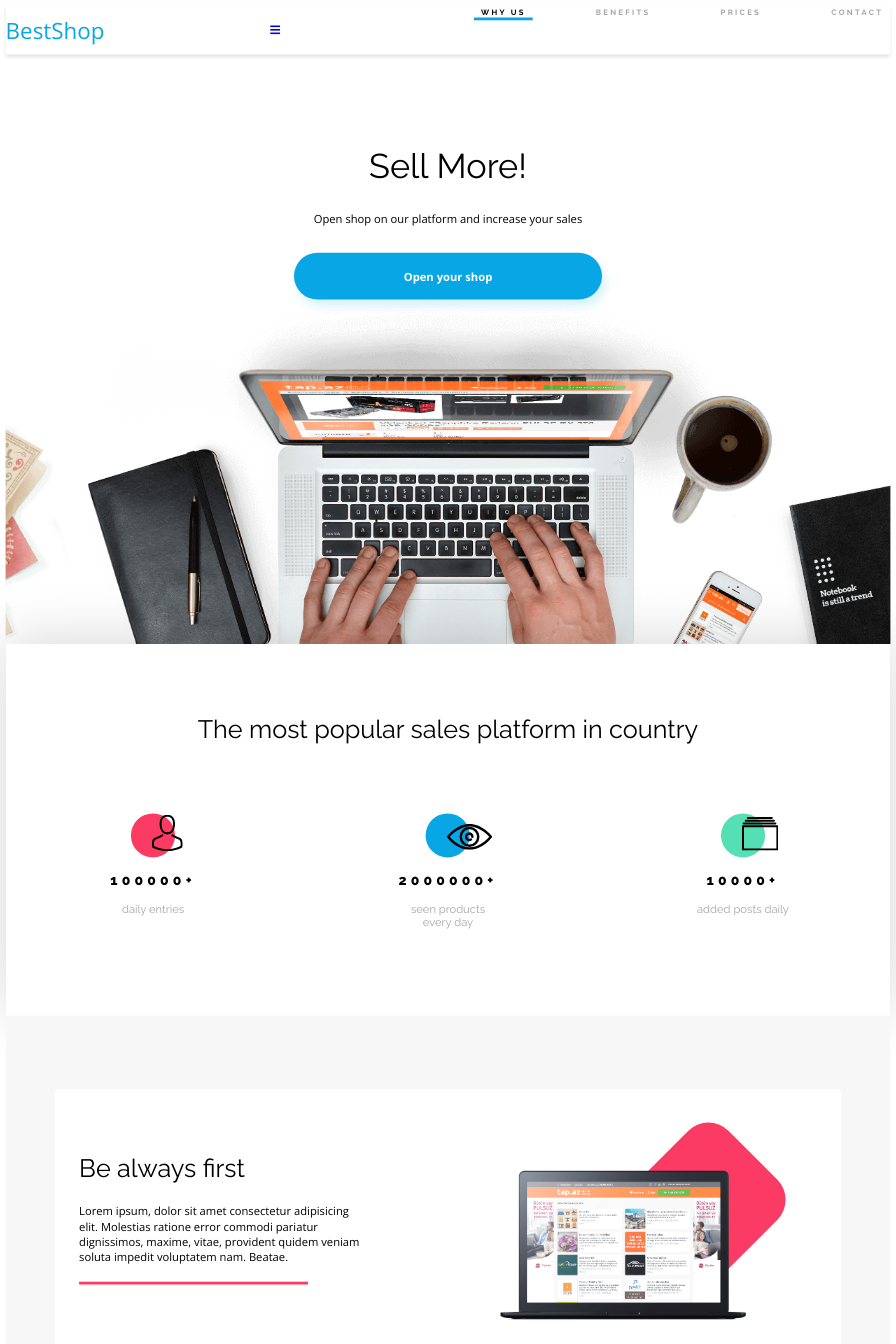
Repository: insolt/BestShop
Page: index.html
These files come from the project's save history. The page is drawn as it stood at one moment and after the next save; the edit follows.
The browser window is 1280 px wide. The pictures show the part of the page from y = 0 to 1920 px (the page is 4358 px tall), at 70% of full size.
The style sheet was rebuilt from its Sass, Less or Tailwind sources for each picture, by a compiler version that may differ from the author's.

Above is the page before, as saved 2020-09-16 13:57:25.

### index.html
<!DOCTYPE html>
<html lang="en">

<head>
    <meta charset="UTF-8">
    <meta name="viewport" content="width=device-width, initial-scale=1.0">
    <meta name="description" content="BestShop offers online shops managing services. Market leading company, the most experienced team in Europe, flexible customer approach. We change your ideas into profitable business">
    <meta name="keywords" content="BestShop, online shopping, shop, service, managing, customer">
    <meta name="author" content="Michal Bornikowski">
    <!--tags for IE-->
    <meta http-equiv="X=Ua-Compatible" content="IE=egde,chrome-1">
    <title>BestShop</title>
    <link href="https://fonts.googleapis.com/css2?family=Open+Sans:wght@300;400;700&family=Raleway:wght@300;400;700;800&display=swap" rel="stylesheet">
    <link rel="stylesheet" href="css/main.css">
    <link rel="stylesheet" href="https://use.fontawesome.com/releases/v5.7.2/css/all.css" integrity="sha384-fnmOCqbTlWIlj8LyTjo7mOUStjsKC4pOpQbqyi7RrhN7udi9RwhKkMHpvLbHG9Sr" crossorigin="anonymous">
    <link rel="icon" href="favicon.ico">
</head>

<body>

    <header class="page-header">

        <div class="container">

            <p class="page-header__logo">
                BestShop
            </p>
            <div class="page-header__mobile-menu--hamburger-icon">
                <a href="#open-menu" class="page-header__mobile-menu--hamburger-icon-link"><span  class="fas fa-bars"></span></a>
            </div>
            <nav class="page-header__nav">
                <div class="page-header__nav--flex">
                    <ul class="page-header__nav--list">
                        <li class="page-header__nav--el">
                            <a href="#" class="page-header__nav--link header__nav--active">Why us</a>
                        </li>
                        <li class="page-header__nav--el">
                            <a href="#benefits" class="page-header__nav--link">Benefits</a>
                        </li>
                        <li class="page-header__nav--el">
                            <a href="#prices" class="page-header__nav--link">Prices</a>
                        </li>
                        <li class="page-header__nav--el">
                            <a href="#contact" class="page-header__nav--link">Contact</a>
                        </li>
                    </ul>
                </div>
            </nav>

        </div>

    </header>

    <section class="section-opening">
        <div class="container">
            <h1 class="section-opening__title">
                Sell More!
            </h1>
            <p class="section-opening__text">
                Open shop on our platform and increase your sales
            </p>
            <a href="" class="section-opening__link">
                Open your shop
            </a>
        </div>
    </section>

    <section class="section-stats" id="benefits">
        <div class="container">
            <h2 class="section-stats__title">
                The most popular sales platform in country
            </h2>
            <div class="section-stats__selection">
                <div class="section-stats__box">
                    <div class="section-stats__box--icon stats__icon--person"></div>
                    <p class="section-stats__box--value">
                        100000+
                    </p>
                    <p class="section-stats__box--note">
                        daily entries
                    </p>
                </div>
                <div class="section-stats__box">
                    <div class="section-stats__box--icon stats__icon--eye"></div>
                    <p class="section-stats__box--value">
                        2000000+
                    </p>
                    <p class="section-stats__box--note">
                        seen products every day
                    </p>
                </div>
                <div class="section-stats__box ">
                    <div class="section-stats__box--icon stats__icon--catalog"></div>
                    <p class="section-stats__box--value ">
                        10000+
                    </p>
                    <p class="section-stats__box--note">
                        added posts daily
                    </p>
                </div>
            </div>
        </div>
    </section>

    <section class="articles">
        <div class="container">
            <article class="article-top">
                <div class="article-top__content">
                    <h2 class="article-top__title">
                        Be always first
                    </h2>
                    <p class="article-top__text">
                        Lorem ipsum, dolor sit amet consectetur adipisicing elit. Molestias ratione error commodi pariatur dignissimos, maxime, vitae, provident quidem veniam soluta impedit voluptatem nam. Beatae.
                    </p>
                </div>
                <div class="article-top__aside">
                    <div class="article-top__aside--bg">
                    </div>
                    <div class="article-top__aside--photo">
                    </div>
                </div>
            </article>
            <article class="article-medium">
                <div class="article-medium__aside">
                    <div class="article-medium__aside--bg">
                    </div>
                    <div class="article-medium__aside--photo">
                    </div>
                </div>
                <div class="article-medium__content">
                    <h2 class="article-medium__title">
                        Your shop is where you are!
                    </h2>
                    <p class="article-medium__text">
                        Lorem ipsum, dolor sit amet consectetur adipisicing elit. Molestias ratione error commodi pariatur dignissimos, maxime, vitae, provident quidem veniam soluta impedit voluptatem nam. Beatae.
                    </p>
                </div>
            </article>
            <artlicle class="article-bottom">
                <div class="article-bottom__galley">
                    <div class="article-bottom__galley--content">
                        <h2 class="article-bottom__galley--title">
                            Increase recognition your brand!
                        </h2>
                        <p class="article-bottom__galley--text">
                            Lorem ipsum, dolor sit amet consectetur adipisicing elit. Molestias ratione error commodi pariatur dignissimos, maxime, vitae, provident quidem veniam soluta impedit voluptatem nam. Beatae.
                        </p>
                    </div>
                </div>
                <div class="article-bottom__trumpet">
                    <div class="article-bottom__trumpet--bg">
                    </div>
                    <div class="article-bottom__trumpet--photo">
                    </div>
                </div>
            </artlicle>
        </div>
    </section>

    <section class="section-pricing" id="prices">
        <div class="container">
            <div class="section-pricing__offer">
                <h2 class="section-pricing__offer--title">
                    Pricing
                </h2>
                <div class="section-pricing__offer--content">
                    <div class="section-pricing__offer-basic">
                        <div class="section-pricing__offer-basic--top">
                            <h3 class="section-pricing__offer-basic--title">
                                Basic
                            </h3>
                            <p class="section-pricing__offer-basic--price">
                                $0
                            </p>
                        </div>
                        <ul class="section-pricing__offer-basic--list">
                            <li class="section-pricing__offer-basic--item">
                                100 MB HDD
                            </li>
                            <li class="section-pricing__offer-basic--item">
                                1 Subdomain
                            </li>
                            <li class="section-pricing__offer-basic--item">
                                2 E-mails
                            </li>
                            <li class="section-pricing__offer-basic--item">
                                Two years license
                            </li>
                            <li class="section-pricing__offer-basic--item">
                                Full support
                            </li>
                        </ul>
                        <a href="" class="section-pricing__offer-basic--confirm">Begin</a>
                    </div>
                    <div class="section-pricing__offer-professional">
                        <div class="section-pricing__offer-profesional--top">
                            <h3 class="section-pricing__offer-professional--title">
                                Professional
                            </h3>
                            <p class="section-pricing__offer-professional--price">
                                $25
                            </p>
                            <p class="section-pricing__offer-professional--note">
                                Limited offer
                            </p>
                        </div>
                        <ul class="section-pricing__offer-professional--list">
                            <li class="section-pricing__offer-professional--item">
                                500 MB HDD
                            </li>
                            <li class="section-pricing__offer-professional--item">
                                2 Subdomain
                            </li>
                            <li class="section-pricing__offer-professional--item">
                                5 E-mails
                            </li>
                            <li class="section-pricing__offer-professional--item">
                                One year license
                            </li>
                            <li class="section-pricing__offer-professional--item">
                                Full support
                            </li>
                        </ul>
                        <a href=" " class="section-pricing__offer-professional--confirm">Begin</a>
                    </div>
                    <div class="section-pricing__offer-premium">
                        <div class="section-pricing__offer-premium--top">
                            <h3 class="section-pricing__offer-premium--title">
                                Premium
                            </h3>
                            <p class="section-pricing__offer-premium--price">
                                $60
                            </p>
                            <p class="section-pricing__offer-premium--note">
                                Limited offer
                            </p>
                        </div>
                        <ul class="section-pricing__offer-premium--list">
                            <li class="section-pricing__offer-premium--item">
                                2 GB HDD
                            </li>
                            <li class="section-pricing__offer-premium--item">
                                5 Subdomain
                            </li>
                            <li class="section-pricing__offer-premium--item">
                                20 E-mails
                            </li>
                            <li class="section-pricing__offer-premium--item">
                                Two years license
                            </li>
                            <li class="section-pricing__offer-premium--item">
                                Full support
                            </li>
                        </ul>
                        <a href=" " class="section-pricing__offer-premium--confirm">Begin</a>
                    </div>
                </div>
            </div>
        </div>
    </section>

    <section class="form" id="contact">
        <div class="container">
            <div class="form__contact-details">
                <h2 class="form__contact-detail--title">
                    Any questions?
                </h2>
                <p class="form__contact-detail--text">
                    Leave your email address or call us!
                </p>
                <ul class="form__contact-detail--list">
                    <li class="form__contact-detail--item">
                        info@bestshop.xyz
                    </li>
                    <li class="form__contact-detail--item">
                        123 456 789
                    </li>
                </ul>
            </div>
            <div class="form__user-details">
                <form action="" class="form__user-details--form">
                    <div class="form__user-details--form-inputs">
                        <div class="form__user-details--name">
                            <label for="name" class="form__user-details--name-label">Name</label>
                            <input class="form__user-details--name-input" type="text" id="name" name="name" placeholder="">
                        </div>
                        <div class="form__user-details--email">
                            <label for="email" class="form__user-details--email-label">Email</label>
                            <input class="form__user-details--email-input" type="text" id="emaile" name="email" placeholder="">
                        </div>
                    </div>
                    <div class="form__user-details--checkbox">
                        <input type="checkbox" class="form__user-details--checkbox-input" name="regulation" id="regulation">
                        <label for="regulation" class="form__user-details--checkbox-label">I hereby give consent for my personal data included in my application to be processed for the purposes of the recruitment process under the European Parliament's and Council of the European Union Regulation on the Protection of Natural Persons as of 27 April 2016, with regard to the processing of personal data and of the free movement of such data, and repealing Directive 95/46/EC (Data Protection Directive)</label>
                    </div>
                    <div class="form__user-details--btn">
                        <button type="submit" class="form__user-details--btn-submit">Send</button>
                    </div>
                </form>
            </div>
        </div>
    </section>

    <footer class="page-footer">
        <div class="container">
            <div class="page-footer__despcription">
                <p class="page-footer__logo">
                    BestShop
                </p>
                <p class="page-footer__copyrights">
                    &copy; 2019 BestShop LTD, All Rights Reserved
                </p>
            </div>
            <div class="page-footer__links">
                <a href="https://www.twitter.com" class="page-footer__twitter">
                    <img src="assets/twitter.svg" class="page-footer__twitter-icon">
                </a>
                <a href="https://www.facebook.com" class="page-footer__facebook">
                    <img src="assets/facebook.svg" class="page-footer__facebook-icon">
                </a>
            </div>
        </div>
    </footer>
</body>

</html>

Loaded but not shown: scss/main.scss (964 lines, source omitted)

After the next save:
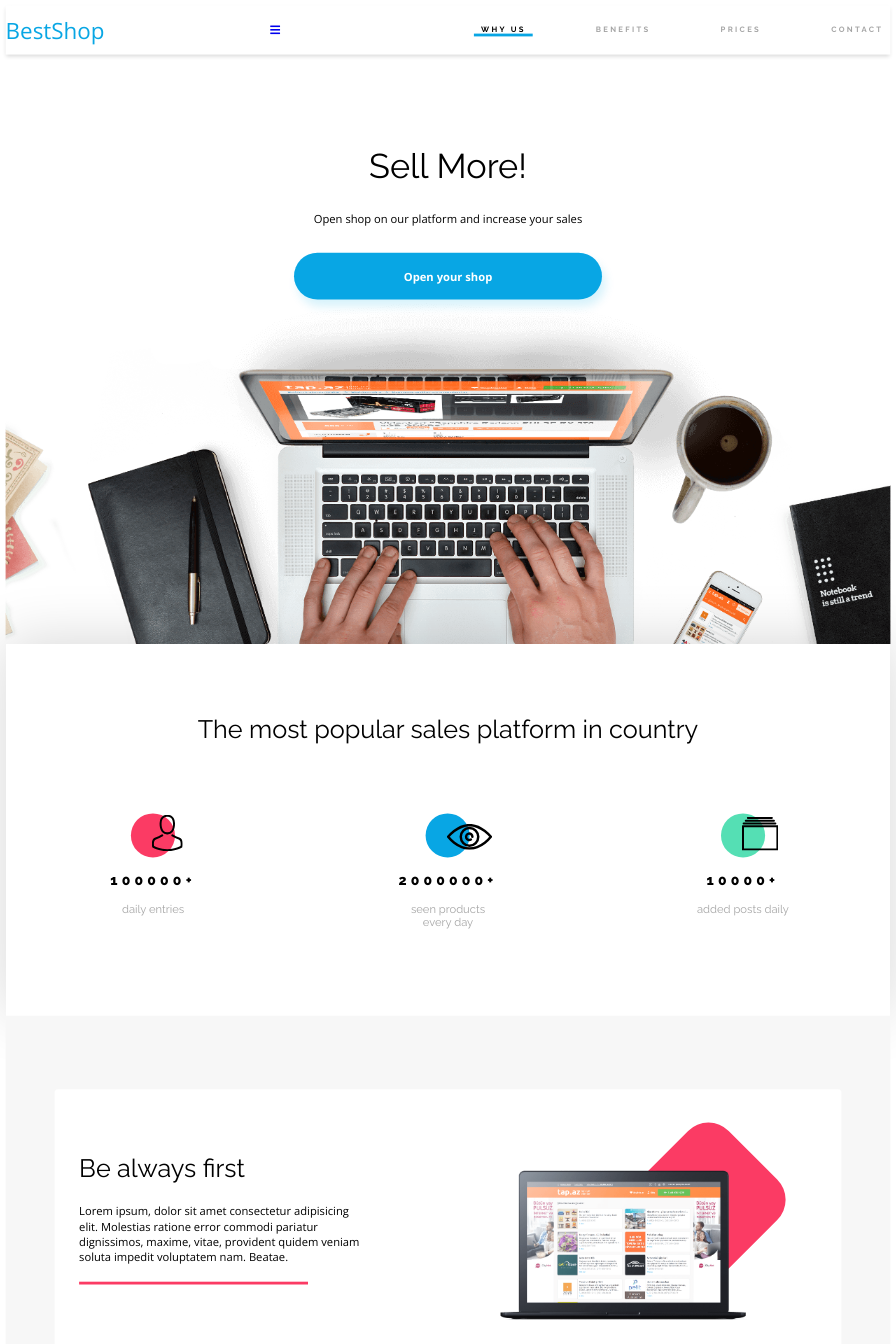
Saved 53 s later.
--- a/index.html
+++ b/index.html
@@ -28,24 +28,24 @@
             <div class="page-header__mobile-menu--hamburger-icon">
                 <a href="#open-menu" class="page-header__mobile-menu--hamburger-icon-link"><span  class="fas fa-bars"></span></a>
             </div>
-            <nav class="page-header__nav">
-                <div class="page-header__nav--flex">
-                    <ul class="page-header__nav--list">
-                        <li class="page-header__nav--el">
-                            <a href="#" class="page-header__nav--link header__nav--active">Why us</a>
-                        </li>
-                        <li class="page-header__nav--el">
-                            <a href="#benefits" class="page-header__nav--link">Benefits</a>
-                        </li>
-                        <li class="page-header__nav--el">
-                            <a href="#prices" class="page-header__nav--link">Prices</a>
-                        </li>
-                        <li class="page-header__nav--el">
-                            <a href="#contact" class="page-header__nav--link">Contact</a>
-                        </li>
-                    </ul>
-                </div>
+
+            <nav class="page-header__nav--flex">
+                <ul class="page-header__nav--list">
+                    <li class="page-header__nav--el">
+                        <a href="#" class="page-header__nav--link header__nav--active">Why us</a>
+                    </li>
+                    <li class="page-header__nav--el">
+                        <a href="#benefits" class="page-header__nav--link">Benefits</a>
+                    </li>
+                    <li class="page-header__nav--el">
+                        <a href="#prices" class="page-header__nav--link">Prices</a>
+                    </li>
+                    <li class="page-header__nav--el">
+                        <a href="#contact" class="page-header__nav--link">Contact</a>
+                    </li>
+                </ul>
             </nav>
+
 
         </div>
 
